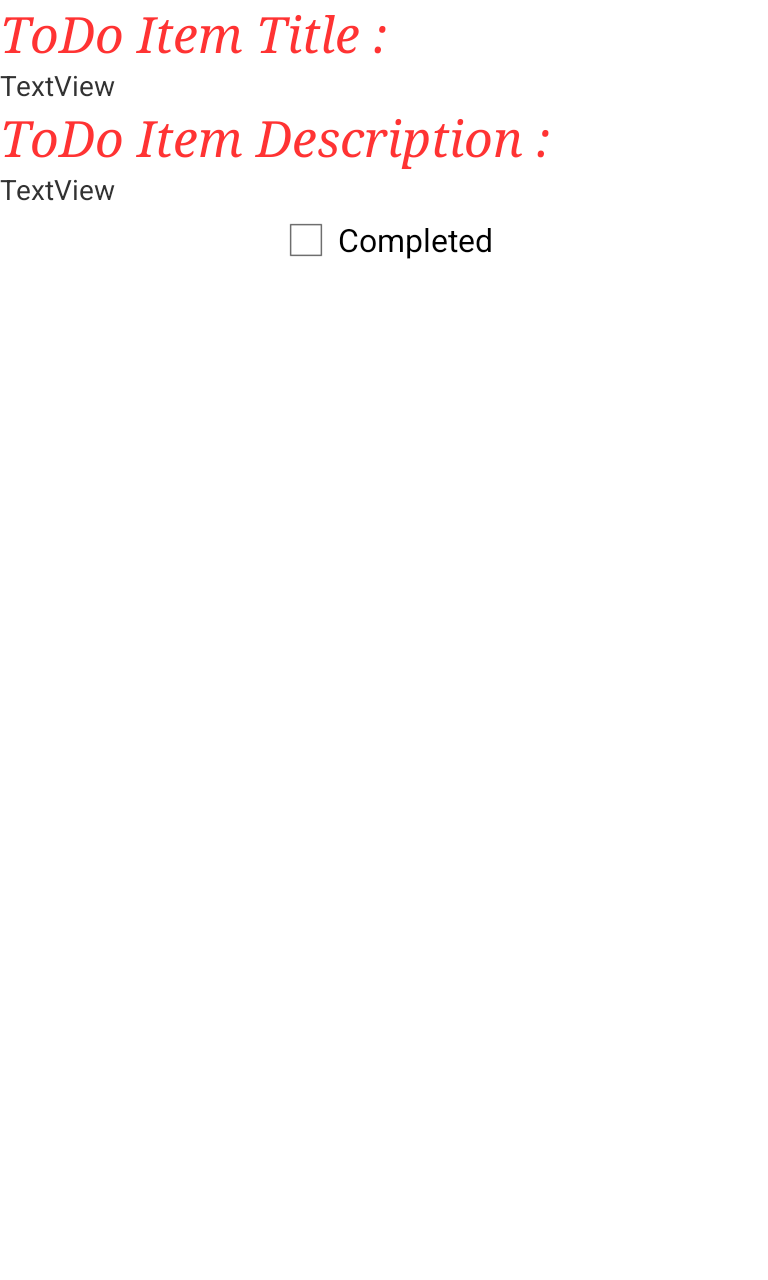
Repository: bvrit-vineeth/android-projects
Layout: TODOListApp/res/layout/activity_todo_list_description.xml
An editor plug-in stored every save of this project. The layout is shown before and after the next save, followed by the edit.
It is drawn on a 768 x 1280 px phone screen (xhdpi) without system bars, with theme AppTheme; the app's code is not run.

Above is the layout before, as saved 2013-08-24 15:13:36.

### TODOListApp/res/layout/activity_todo_list_description.xml
<?xml version="1.0" encoding="utf-8"?>
<LinearLayout
	android:id="@+id/widget32"
	android:layout_width="fill_parent"
	android:layout_height="fill_parent"
	android:orientation="vertical"
	xmlns:android="http://schemas.android.com/apk/res/android">
<TextView
	android:id="@+id/title"
	android:layout_width="fill_parent"
	android:layout_height="wrap_content"
	android:text="ToDo Item Title :"
	android:textSize="25sp"
	android:typeface="serif"
	android:textStyle="italic"
	android:textColor="#ffff3333" />
<TextView
	android:id="@+id/title_text"
	android:layout_width="fill_parent"
	android:layout_height="wrap_content"
	android:text="TextView" />
<TextView
	android:id="@+id/description"
	android:layout_width="fill_parent"
	android:layout_height="wrap_content"
	android:text="ToDo Item Description :"
	android:textSize="25sp"
	android:typeface="serif"
	android:textStyle="italic"
	android:textColor="#ffff3333" />
<TextView
	android:id="@+id/description_text"
	android:layout_width="fill_parent"
	android:layout_height="wrap_content"
	android:text="TextView" />
<CheckBox
	android:id="@+id/widget42"
	android:layout_width="wrap_content"
	android:layout_height="wrap_content"
	android:text="Completed"
	android:layout_gravity="center_horizontal"
	android:onClick="checkBoxClick" />
</LinearLayout>

Loaded but not shown: TODOListApp/res/values/styles.xml (common file); TODOListApp/res/values-v11/styles.xml (common file); TODOListApp/res/values-v14/styles.xml (common file)

After the next save:
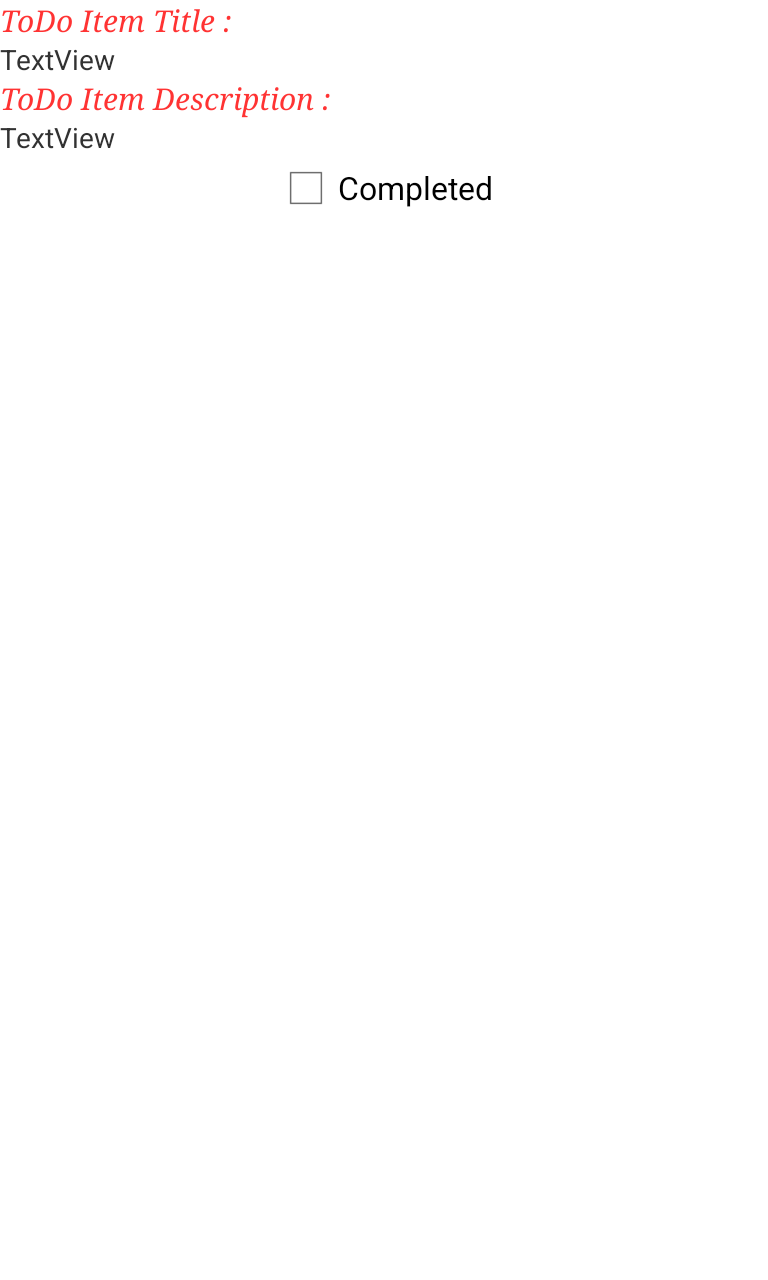
Saved 81 s later.
--- a/TODOListApp/res/layout/activity_todo_list_description.xml
+++ b/TODOListApp/res/layout/activity_todo_list_description.xml
@@ -10,7 +10,7 @@
 	android:layout_width="fill_parent"
 	android:layout_height="wrap_content"
 	android:text="ToDo Item Title :"
-	android:textSize="25sp"
+	android:textSize="15sp"
 	android:typeface="serif"
 	android:textStyle="italic"
 	android:textColor="#ffff3333" />
@@ -24,7 +24,7 @@
 	android:layout_width="fill_parent"
 	android:layout_height="wrap_content"
 	android:text="ToDo Item Description :"
-	android:textSize="25sp"
+	android:textSize="15sp"
 	android:typeface="serif"
 	android:textStyle="italic"
 	android:textColor="#ffff3333" />
